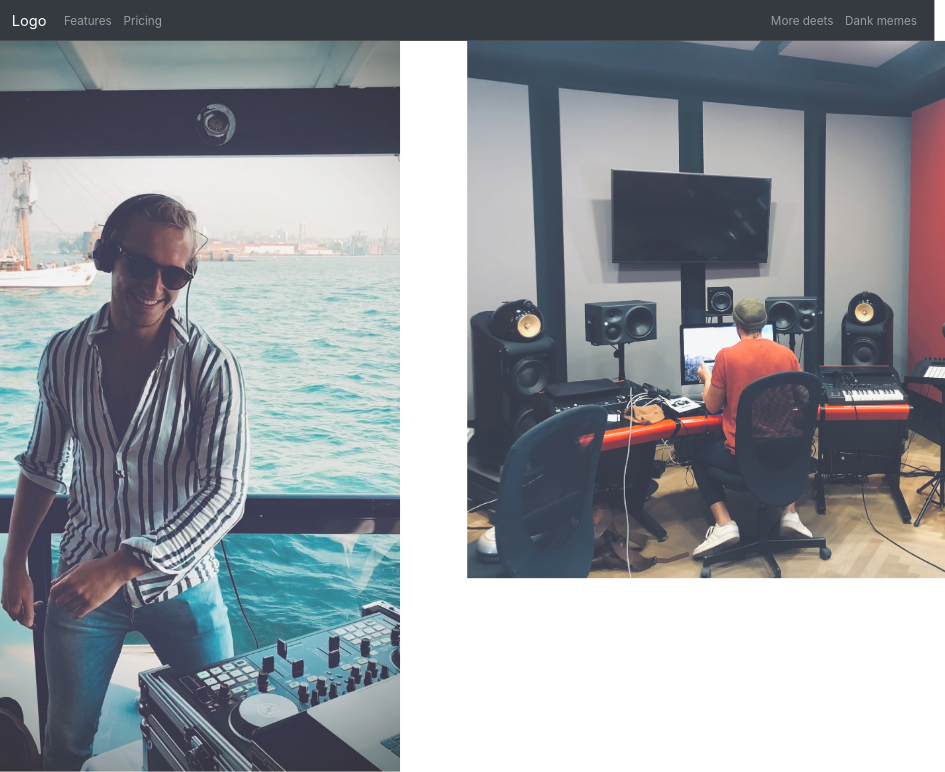
Repository: schweizercode/schweezzy
Page: /
These files come from the project's save history. The page is drawn as it stood at one moment and after a run of saves; the edit follows.
The browser window is 1280 px wide. The page is 1295 px wide, so the pictures cover 1295 px, including what lies to the right of the window. The pictures show the whole page, at 73% of full size.
The project was rebuilt for these pictures with package versions that can differ from the ones it lists, and the page was loaded fresh each time.

Above is the page before, as saved 2021-04-14 13:31:49.

After the next 2 saves:
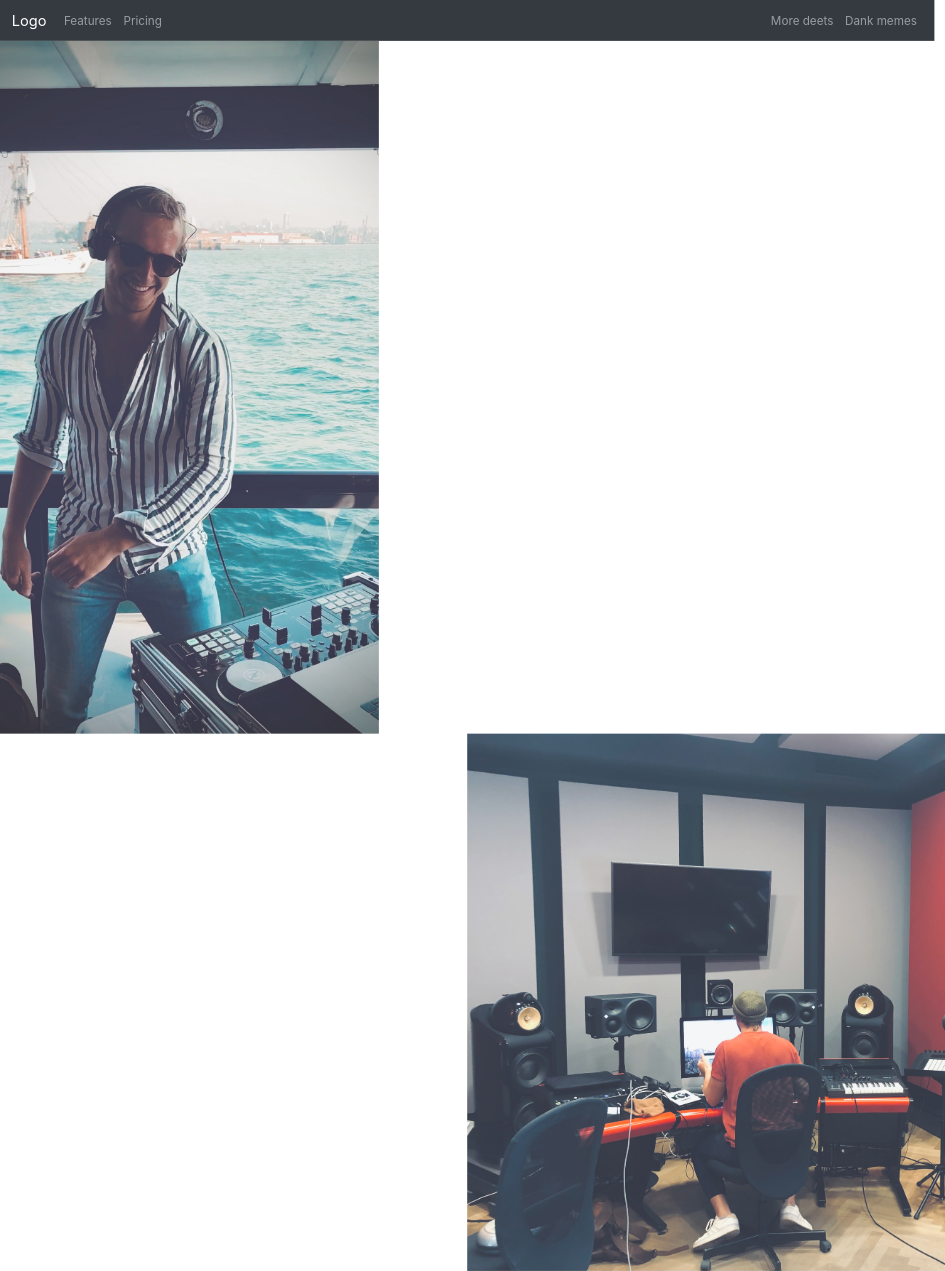
The 2 saves are shown as one change because 1 did not build or start.
The last was saved 16 min 13 s later.
--- a/src/Mainpage.js
+++ b/src/Mainpage.js
@@ -11,9 +11,14 @@ function Mainpage() {
         <div class='row'>
             <div class='column'>
                 <img src={img1} alt="" style={{ width: '43%', float: 'left', opacity: '0.8' }} />
+
+            </div>
+
+            <div class='column'>
                 <img src={img2} alt="" style={{ width: '50%', float: 'right', opacity: '0.8' }} />
             </div>
         </div>
+
 
 
     );
